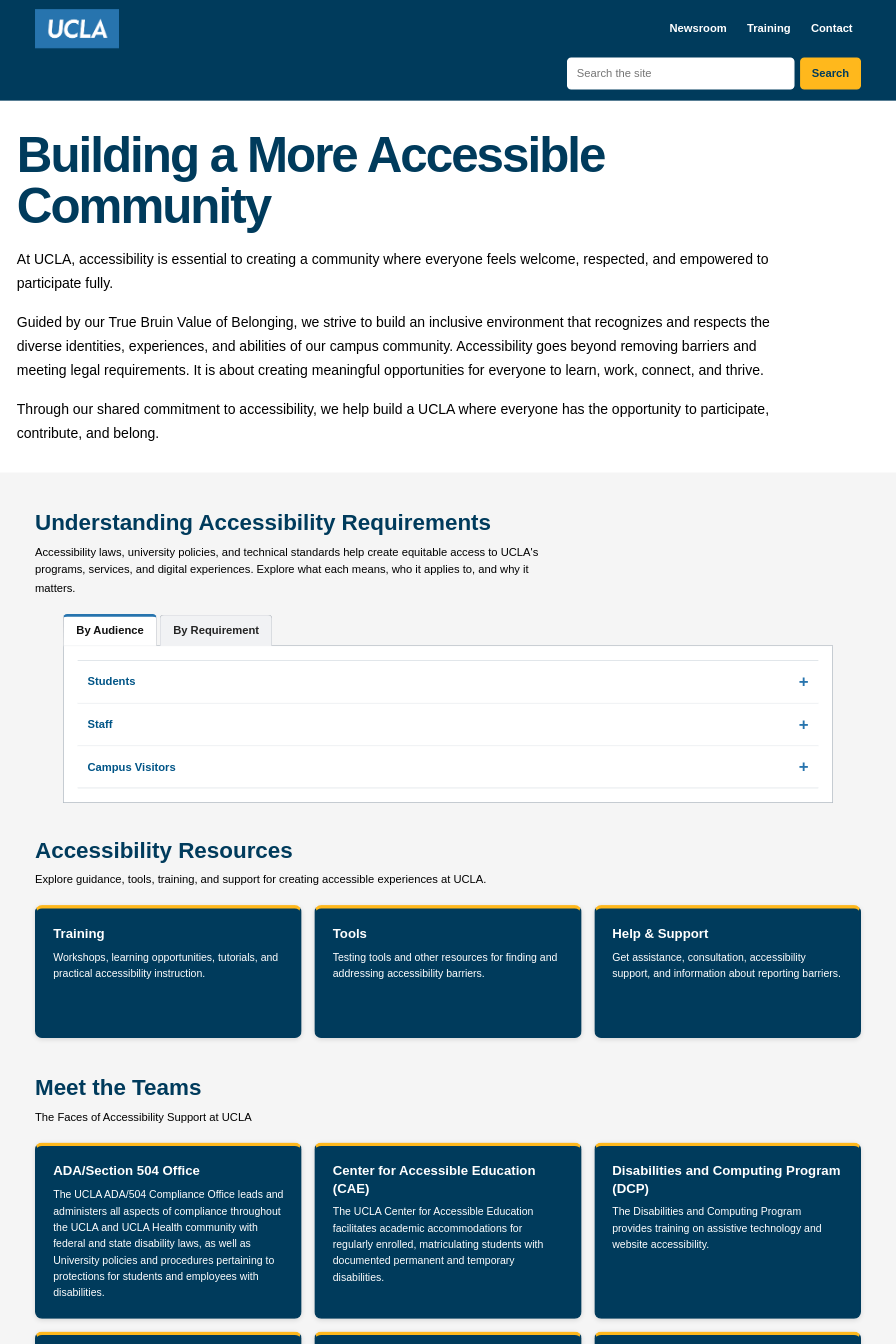
Repository: PSunnywell/UCLA-A11y-barrier-page
Page: index.html
An editor plug-in stored every save of this project. The page is shown before and after the next save, followed by the edit.
The browser window is 1280 px wide. The pictures show the part of the page from y = 0 to 1920 px (the page is 2753 px tall before and 2730 px after), at 70% of full size.

Above is the page before, as saved 2026-10-13 19:20:30.
Not found: search.js

After the next save:
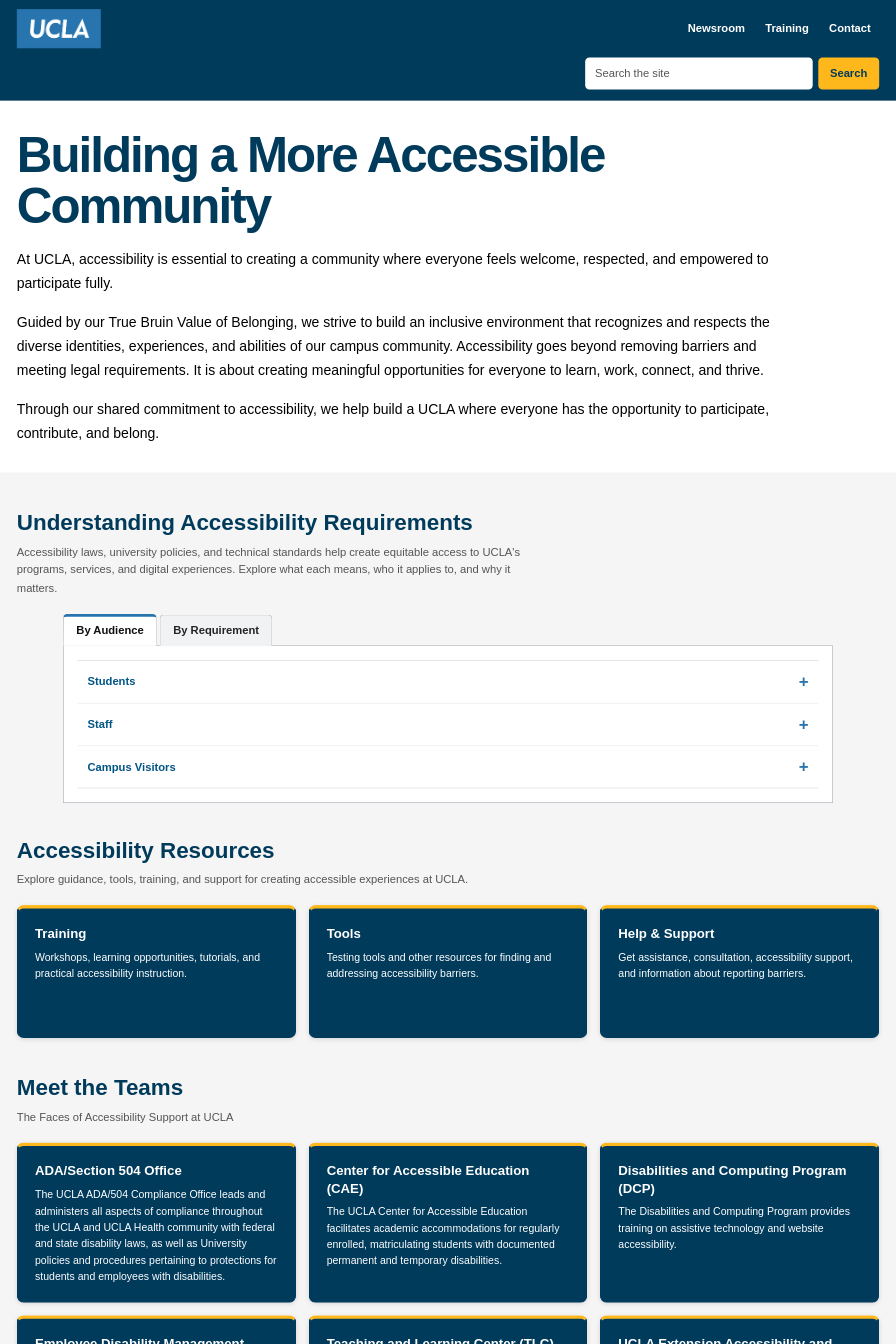
Saved 66 s later.
--- a/index.html
+++ b/index.html
@@ -5,7 +5,7 @@
   <meta name="viewport" content="width=device-width, initial-scale=1.0">
   <meta name="description" content="Accessibility Resources for UCLA">
   <title>Accessibility Resources</title>
-  <link rel="stylesheet" href="styles2.css">
+  <link rel="stylesheet" href="styles3.css">
   <style>
     /* Classic attached tabs, styled to match the reference image. */
     .requirements-tabs { max-width: 1100px; margin: 1.5rem auto 3rem; font-family: inherit; }
